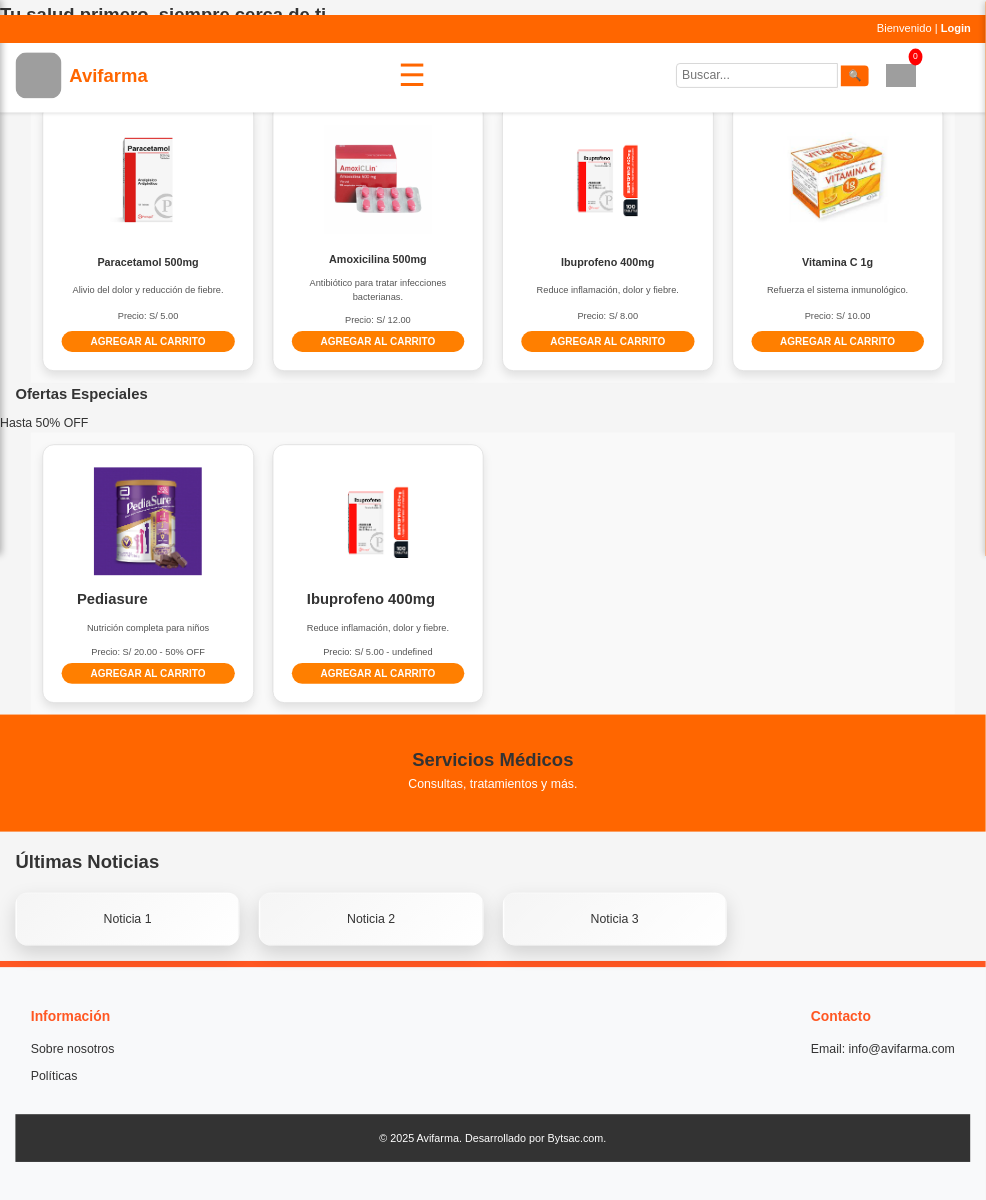
Repository: AVH75/avifarma-tienda
Page: index.html
These files come from the project's save history. The page is drawn as it stood at one moment and after the next save; the edit follows.
The browser window is 1280 px wide. The pictures show the whole page, at 77% of full size.
Pictures or frames that could not be fetched are drawn as grey boxes.

Above is the page before, as saved 2025-09-03 07:48:32.
Console error: SyntaxError: Identifier 'abrirCarrito' has already been declared

### index.html
<!DOCTYPE html>
<html lang="es">

<head>
    <meta charset="UTF-8">
    <meta name="viewport" content="width=device-width, initial-scale=1.0">
    <title>Avifarma</title>
    <!-- Estilos generales -->
    <link rel="stylesheet" href="css/style.css?version=1.5">
    <!-- Estilos del carrito lateral -->
    <link rel="stylesheet" href="css/carrito-lateral.css?version=1.5">
</head>

<body>
    <!-- ===== HEADER ===== -->
    <header>
        <div class="top-bar">
            <p>Bienvenido | <a href="#">Login</a></p>
        </div>
        <div class="main-header">
            <div class="logo">
                <img src="img/logo/Logo.png.jpeg" alt="Avifarma Logo">
                <h1>Avifarma</h1>
            </div>
            <button class="menu-toggle" id="menu-toggle">☰</button>
            <nav id="nav">
                <ul>
                    <li><a href="#">Inicio</a></li>
                    <li><a href="#">Catálogo</a></li>
                    <li><a href="#">Servicios</a></li>
                    <li><a href="#">Contacto</a></li>
                </ul>
            </nav>
            <div class="acciones-header">
                <div class="search">
                    <input type="text" placeholder="Buscar...">
                    <button>🔍</button>
                </div>
                <a href="#" id="abrir-carrito" class="carrito-icono">
                    <img src="img/logo/carrito.jpeg" alt="Carrito" class="icono-img">
                    <span id="contador-carrito">0</span> <!-- Contador de productos -->
                </a>
            </div>
        </div>
    </header>

    <!-- ===== HERO ===== -->
    <section class="hero">
        <h2>Tu salud primero, siempre cerca de ti</h2>
        <button>Ver productos</button>
    </section>

    <!-- ===== PRODUCTOS + OFERTAS ===== -->
    <main>
        <!-- Productos Destacados -->
        <section class="productos">
            <h2>Productos Destacados</h2>
            <div class="grid-productos" id="productos-grid">
                <!-- Los productos se cargarán aquí dinámicamente -->
            </div>
        </section>

        <!-- ===== FRANJA DE OFERTAS ===== -->
        <aside class="ofertas">
            <h3>Ofertas Especiales</h3>
            <p>Hasta 50% OFF</p>
            <div class="grid-ofertas" id="ofertas-grid">
                <!-- Las ofertas se cargarán aquí dinámicamente -->
            </div>
        </aside>
    </main>

    <!-- ===== SERVICIOS ===== -->
    <section class="servicios">
        <h2>Servicios Médicos</h2>
        <p>Consultas, tratamientos y más.</p>
    </section>

    <!-- ===== NOVEDADES ===== -->
    <section class="novedades">
        <h2>Últimas Noticias</h2>
        <div class="grid">
            <div class="card">Noticia 1</div>
            <div class="card">Noticia 2</div>
            <div class="card">Noticia 3</div>
        </div>
    </section>

    <!-- ===== FOOTER ===== -->
    <footer>
        <div class="footer-top">
            <div>
                <h3>Información</h3>
                <ul>
                    <li>Sobre nosotros</li>
                    <li>Políticas</li>
                </ul>
            </div>
            <div>
                <h3>Contacto</h3>
                <p>Email: info@avifarma.com</p>
            </div>
        </div>
        <div class="footer-bottom">
            <p>© 2025 Avifarma. Desarrollado por Bytsac.com.</p>
        </div>
    </footer>

    <!-- ===== MINI CARRITO LATERAL ===== -->
    <div id="carrito-sidebar" class="carrito-sidebar">
        <div class="carrito-header">
            <h3>Carrito</h3>
            <button id="cerrar-carrito">✖</button> <!-- Botón para cerrar el carrito -->
        </div>
        <div id="carrito-items" class="carrito-items">
            <p>Tu carrito está vacío</p>
        </div>
        <div class="carrito-footer">
            <div class="linea">
                <span>Subtotal:</span><span id="subtotal">S/ 0.00</span>
            </div>
            <div class="linea">
                <span>Descuento:</span><span id="descuento">S/ 0.00</span>
            </div>
            <div class="linea total">
                <span>Total:</span><span id="total">S/ 0.00</span>
            </div>
            <button class="btn-pagar">Ir a pagar</button>
            <a href="carrito.html" class="btn-ver-carrito">Ver carrito</a>
        </div>
    </div>

    <!-- ===== SCRIPTS ===== -->
    <script src="js/menu.js?v=1.5"></script>
    <script src="js/render-catalogo.js?v=1.5"></script> <!-- Cargar productos dinámicamente -->
    <script src="js/carrito.js?v=1.5"></script>
</body>

</html>

### js/render-catalogo.js
// Función para mostrar los productos
function mostrarProductos(productos) {
    const contenedorProductos = document.getElementById('productos-grid');
    contenedorProductos.innerHTML = '';  // Limpiar el contenedor antes de agregar nuevos productos

    productos.forEach(producto => {
        // Verificamos si la ruta de la imagen del producto es válida
        const imageUrl = producto.img || 'default-image.jpg';  // Imagen por defecto si no se proporciona

        // Creamos el div para cada producto
        const divProducto = document.createElement('div');
        divProducto.classList.add('card-producto');

        // Creamos la imagen
        const imgProducto = document.createElement('img');
        imgProducto.src = imageUrl;
        imgProducto.alt = producto.nombre;

        // Título del producto
        const h3Producto = document.createElement('h3');
        h3Producto.textContent = producto.nombre;

        // Descripción del producto
        const pDescripcion = document.createElement('p');
        pDescripcion.textContent = producto.descripcion;

        // Precio del producto
        const pPrecio = document.createElement('p');
        pPrecio.textContent = `Precio: S/ ${producto.precio.toFixed(2)}`;

        // Botón para agregar al carrito
        const buttonAgregar = document.createElement('button');
        buttonAgregar.textContent = 'Agregar al carrito';
        buttonAgregar.onclick = () => agregarAlCarrito(producto.id, producto.nombre, producto.precio, producto.img);

        // Agregamos los elementos dentro del div del producto
        divProducto.appendChild(imgProducto);
        divProducto.appendChild(h3Producto);
        divProducto.appendChild(pDescripcion);
        divProducto.appendChild(pPrecio);
        divProducto.appendChild(buttonAgregar);

        // Finalmente, agregamos el div al contenedor de productos
        contenedorProductos.appendChild(divProducto);
    });
}

// Función para mostrar las ofertas
function mostrarOfertas(ofertas) {
    const contenedorOfertas = document.getElementById('ofertas-grid');
    contenedorOfertas.innerHTML = '';  // Limpiar el contenedor antes de agregar nuevas ofertas

    ofertas.forEach(oferta => {
        // Verificamos si la ruta de la imagen de la oferta es válida
        const imageUrl = oferta.img || 'default-image.jpg';  // Imagen por defecto si no se proporciona

        // Creamos el div para cada oferta
        const divOferta = document.createElement('div');
        divOferta.classList.add('card-oferta');

        // Creamos la imagen
        const imgOferta = document.createElement('img');
        imgOferta.src = imageUrl;
        imgOferta.alt = oferta.nombre;

        // Título de la oferta
        const h3Oferta = document.createElement('h3');
        h3Oferta.textContent = oferta.nombre;

        // Descripción de la oferta
        const pDescripcionOferta = document.createElement('p');
        pDescripcionOferta.textContent = oferta.descripcion;

        // Precio con descuento
        const pPrecioOferta = document.createElement('p');
        pPrecioOferta.textContent = `Precio: S/ ${oferta.precio.toFixed(2)} - ${oferta.descuento}`;

        // Botón para agregar la oferta al carrito
        const buttonAgregarOferta = document.createElement('button');
        buttonAgregarOferta.textContent = 'Agregar al carrito';
        buttonAgregarOferta.onclick = () => agregarAlCarrito(oferta.id, oferta.nombre, oferta.precio, oferta.img);

        // Agregamos los elementos dentro del div de la oferta
        divOferta.appendChild(imgOferta);
        divOferta.appendChild(h3Oferta);
        divOferta.appendChild(pDescripcionOferta);
        divOferta.appendChild(pPrecioOferta);
        divOferta.appendChild(buttonAgregarOferta);

        // Finalmente, agregamos el div al contenedor de ofertas
        contenedorOfertas.appendChild(divOferta);
    });
}

// Cargar el archivo JSON y procesarlo
fetch('productos.json')
    .then(response => response.json())  // Convertir la respuesta en un objeto JSON
    .then(data => {
        // Mostrar los productos y ofertas
        mostrarProductos(data.productos);
        mostrarOfertas(data.ofertas);
    })
    .catch(error => {
        // Si hay un error al cargar el JSON, mostramos un mensaje
        console.error('Error al cargar los productos y ofertas:', error);
        const errorMessage = document.createElement('p');
        errorMessage.textContent = 'Hubo un problema al cargar los productos. Por favor, intenta más tarde.';
        document.body.appendChild(errorMessage);  // Mostrar un mensaje de error en la página
    });
// Función para mostrar los productos
function mostrarProductos(productos) {
    const contenedorProductos = document.getElementById('productos-grid');
    contenedorProductos.innerHTML = '';  // Limpiar el contenedor antes de agregar nuevos productos

    productos.forEach(producto => {
        // Verificamos si la ruta de la imagen del producto es válida
        const imageUrl = producto.img || 'default-image.jpg';  // Imagen por defecto si no se proporciona

        // Creamos el div para cada producto
        const divProducto = document.createElement('div');
        divProducto.classList.add('card-producto');

        // Creamos la imagen
        const imgProducto = document.createElement('img');
        imgProducto.src = imageUrl;
        imgProducto.alt = producto.nombre;

        // Título del producto
        const h3Producto = document.createElement('h3');
        h3Producto.textContent = producto.nombre;

        // Descripción del producto
        const pDescripcion = document.createElement('p');
        pDescripcion.textContent = producto.descripcion;

        // Precio del producto
        const pPrecio = document.createElement('p');
        pPrecio.textContent = `Precio: S/ ${producto.precio.toFixed(2)}`;

        // Botón para agregar al carrito
        const buttonAgregar = document.createElement('button');
        buttonAgregar.textContent = 'Agregar al carrito';
        buttonAgregar.onclick = () => agregarAlCarrito(producto.id, producto.nombre, producto.precio, producto.img);

        // Agregamos los elementos dentro del div del producto
        divProducto.appendChild(imgProducto);
        divProducto.appendChild(h3Producto);
        divProducto.appendChild(pDescripcion);
        divProducto.appendChild(pPrecio);
        divProducto.appendChild(buttonAgregar);

        // Finalmente, agregamos el div al contenedor de productos
        contenedorProductos.appendChild(divProducto);
    });
}

// Función para mostrar las ofertas
function mostrarOfertas(ofertas) {
    const contenedorOfertas = document.getElementById('ofertas-grid');
    contenedorOfertas.innerHTML = '';  // Limpiar el contenedor antes de agregar nuevas ofertas

    ofertas.forEach(oferta => {
        // Verificamos si la ruta de la imagen de la oferta es válida
        const imageUrl = oferta.img || 'default-image.jpg';  // Imagen por defecto si no se proporciona

        // Creamos el div para cada oferta
        const divOferta = document.createElement('div');
        divOferta.classList.add('card-oferta');

        // Creamos la imagen
        const imgOferta = document.createElement('img');
        imgOferta.src = imageUrl;
        imgOferta.alt = oferta.nombre;

        // Título de la oferta
        const h3Oferta = document.createElement('h3');
        h3Oferta.textContent = oferta.nombre;

        // Descripción de la oferta
        const pDescripcionOferta = document.createElement('p');
        pDescripcionOferta.textContent = oferta.descripcion;

        // Precio con descuento
        const pPrecioOferta = document.createElement('p');
        pPrecioOferta.textContent = `Precio: S/ ${oferta.precio.toFixed(2)} - ${oferta.descuento}`;

        // Botón para agregar la oferta al carrito
        const buttonAgregarOferta = document.createElement('button');
        buttonAgregarOferta.textContent = 'Agregar al carrito';
        buttonAgregarOferta.onclick = () => agregarAlCarrito(oferta.id, oferta.nombre, oferta.precio, oferta.img);

        // Agregamos los elementos dentro del div de la oferta
        divOferta.appendChild(imgOferta);
        divOferta.appendChild(h3Oferta);
        divOferta.appendChild(pDescripcionOferta);
        divOferta.appendChild(pPrecioOferta);
        divOferta.appendChild(buttonAgregarOferta);

        // Finalmente, agregamos el div al contenedor de ofertas
        contenedorOfertas.appendChild(divOferta);
    });
}

// Cargar el archivo JSON y procesarlo
fetch('productos.json')
    .then(response => response.json())  // Convertir la respuesta en un objeto JSON
    .then(data => {
        // Mostrar los productos y ofertas
        mostrarProductos(data.productos);
        mostrarOfertas(data.ofertas);
    })
    .catch(error => {
        // Si hay un error al cargar el JSON, mostramos un mensaje
        console.error('Error al cargar los productos y ofertas:', error);
        const errorMessage = document.createElement('p');
        errorMessage.textContent = 'Hubo un problema al cargar los productos. Por favor, intenta más tarde.';
        document.body.appendChild(errorMessage);  // Mostrar un mensaje de error en la página
    });

Loaded but not shown: productos.json (51 lines, source omitted); js/carrito.js (190 lines, source omitted); js/menu.js (72 lines, source omitted); css/style.css (1775 lines, source omitted); css/carrito-lateral.css (375 lines, source omitted)

After the next save:
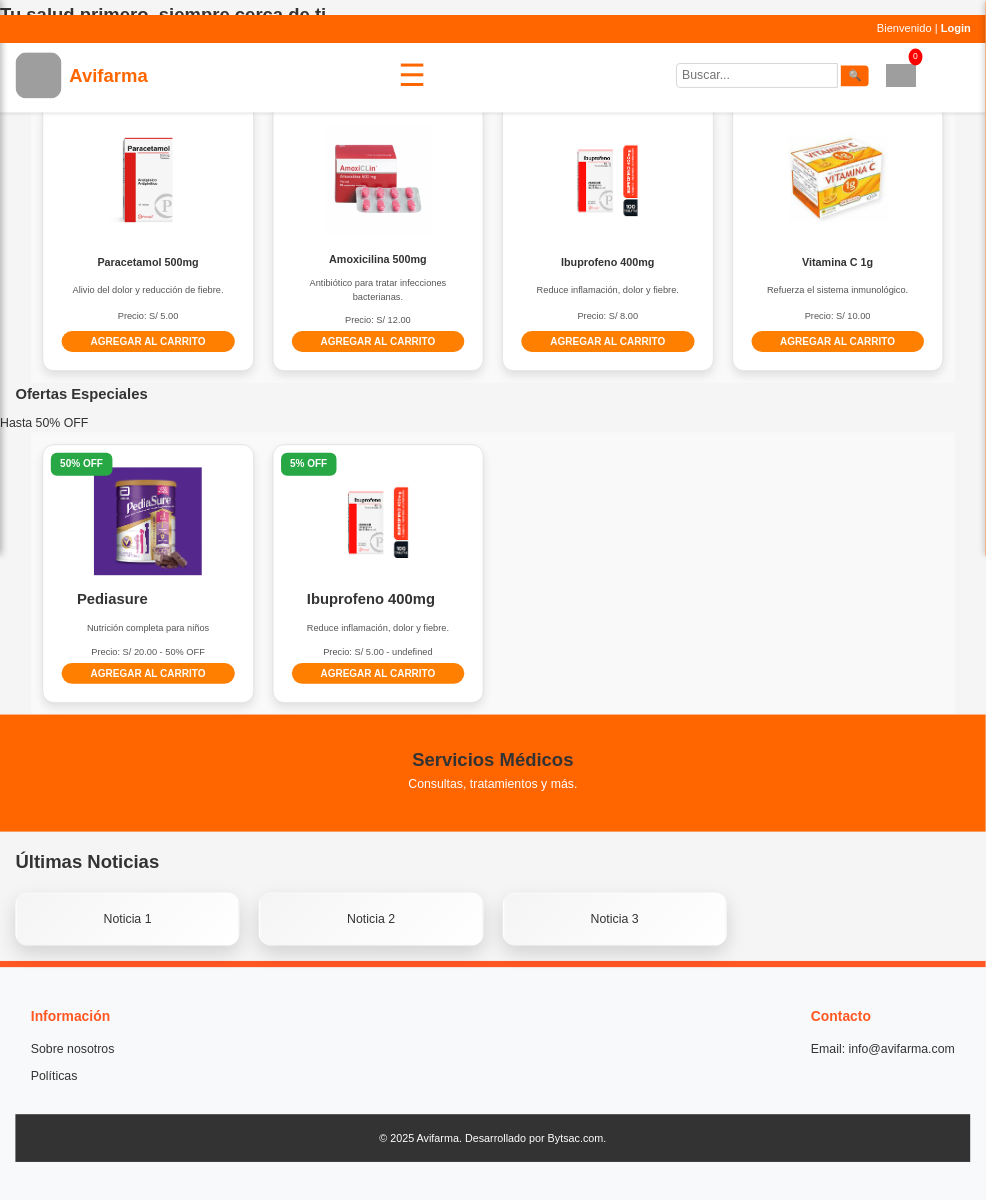
Saved 10 min 25 s later.
--- a/js/render-catalogo.js
+++ b/js/render-catalogo.js
@@ -58,7 +58,12 @@
         const divOferta = document.createElement('div');
         divOferta.classList.add('card-oferta');
 
-        // Creamos la imagen
+        // Crear la etiqueta de oferta que se verá en la parte derecha de la imagen
+        const etiquetaOferta = document.createElement('div');
+        etiquetaOferta.classList.add('oferta-tag');
+        etiquetaOferta.textContent = oferta.oferta || oferta.descuento;
+
+        // Creamos la imagen de la oferta
         const imgOferta = document.createElement('img');
         imgOferta.src = imageUrl;
         imgOferta.alt = oferta.nombre;
@@ -80,14 +85,15 @@
         buttonAgregarOferta.textContent = 'Agregar al carrito';
         buttonAgregarOferta.onclick = () => agregarAlCarrito(oferta.id, oferta.nombre, oferta.precio, oferta.img);
 
-        // Agregamos los elementos dentro del div de la oferta
-        divOferta.appendChild(imgOferta);
+        // Agregamos la etiqueta de oferta y otros elementos dentro del div de la oferta
+        divOferta.appendChild(imgOferta);  // Imagen primero
+        divOferta.appendChild(etiquetaOferta);  // Etiqueta después de la imagen
         divOferta.appendChild(h3Oferta);
         divOferta.appendChild(pDescripcionOferta);
         divOferta.appendChild(pPrecioOferta);
         divOferta.appendChild(buttonAgregarOferta);
 
-        // Finalmente, agregamos el div al contenedor de ofertas
+        // Finalmente, agregamos el div de la oferta al contenedor de ofertas
         contenedorOfertas.appendChild(divOferta);
     });
 }
@@ -107,112 +113,3 @@
         errorMessage.textContent = 'Hubo un problema al cargar los productos. Por favor, intenta más tarde.';
         document.body.appendChild(errorMessage);  // Mostrar un mensaje de error en la página
     });
-// Función para mostrar los productos
-function mostrarProductos(productos) {
-    const contenedorProductos = document.getElementById('productos-grid');
-    contenedorProductos.innerHTML = '';  // Limpiar el contenedor antes de agregar nuevos productos
-
-    productos.forEach(producto => {
-        // Verificamos si la ruta de la imagen del producto es válida
-        const imageUrl = producto.img || 'default-image.jpg';  // Imagen por defecto si no se proporciona
-
-        // Creamos el div para cada producto
-        const divProducto = document.createElement('div');
-        divProducto.classList.add('card-producto');
-
-        // Creamos la imagen
-        const imgProducto = document.createElement('img');
-        imgProducto.src = imageUrl;
-        imgProducto.alt = producto.nombre;
-
-        // Título del producto
-        const h3Producto = document.createElement('h3');
-        h3Producto.textContent = producto.nombre;
-
-        // Descripción del producto
-        const pDescripcion = document.createElement('p');
-        pDescripcion.textContent = producto.descripcion;
-
-        // Precio del producto
-        const pPrecio = document.createElement('p');
-        pPrecio.textContent = `Precio: S/ ${producto.precio.toFixed(2)}`;
-
-        // Botón para agregar al carrito
-        const buttonAgregar = document.createElement('button');
-        buttonAgregar.textContent = 'Agregar al carrito';
-        buttonAgregar.onclick = () => agregarAlCarrito(producto.id, producto.nombre, producto.precio, producto.img);
-
-        // Agregamos los elementos dentro del div del producto
-        divProducto.appendChild(imgProducto);
-        divProducto.appendChild(h3Producto);
-        divProducto.appendChild(pDescripcion);
-        divProducto.appendChild(pPrecio);
-        divProducto.appendChild(buttonAgregar);
-
-        // Finalmente, agregamos el div al contenedor de productos
-        contenedorProductos.appendChild(divProducto);
-    });
-}
-
-// Función para mostrar las ofertas
-function mostrarOfertas(ofertas) {
-    const contenedorOfertas = document.getElementById('ofertas-grid');
-    contenedorOfertas.innerHTML = '';  // Limpiar el contenedor antes de agregar nuevas ofertas
-
-    ofertas.forEach(oferta => {
-        // Verificamos si la ruta de la imagen de la oferta es válida
-        const imageUrl = oferta.img || 'default-image.jpg';  // Imagen por defecto si no se proporciona
-
-        // Creamos el div para cada oferta
-        const divOferta = document.createElement('div');
-        divOferta.classList.add('card-oferta');
-
-        // Creamos la imagen
-        const imgOferta = document.createElement('img');
-        imgOferta.src = imageUrl;
-        imgOferta.alt = oferta.nombre;
-
-        // Título de la oferta
-        const h3Oferta = document.createElement('h3');
-        h3Oferta.textContent = oferta.nombre;
-
-        // Descripción de la oferta
-        const pDescripcionOferta = document.createElement('p');
-        pDescripcionOferta.textContent = oferta.descripcion;
-
-        // Precio con descuento
-        const pPrecioOferta = document.createElement('p');
-        pPrecioOferta.textContent = `Precio: S/ ${oferta.precio.toFixed(2)} - ${oferta.descuento}`;
-
-        // Botón para agregar la oferta al carrito
-        const buttonAgregarOferta = document.createElement('button');
-        buttonAgregarOferta.textContent = 'Agregar al carrito';
-        buttonAgregarOferta.onclick = () => agregarAlCarrito(oferta.id, oferta.nombre, oferta.precio, oferta.img);
-
-        // Agregamos los elementos dentro del div de la oferta
-        divOferta.appendChild(imgOferta);
-        divOferta.appendChild(h3Oferta);
-        divOferta.appendChild(pDescripcionOferta);
-        divOferta.appendChild(pPrecioOferta);
-        divOferta.appendChild(buttonAgregarOferta);
-
-        // Finalmente, agregamos el div al contenedor de ofertas
-        contenedorOfertas.appendChild(divOferta);
-    });
-}
-
-// Cargar el archivo JSON y procesarlo
-fetch('productos.json')
-    .then(response => response.json())  // Convertir la respuesta en un objeto JSON
-    .then(data => {
-        // Mostrar los productos y ofertas
-        mostrarProductos(data.productos);
-        mostrarOfertas(data.ofertas);
-    })
-    .catch(error => {
-        // Si hay un error al cargar el JSON, mostramos un mensaje
-        console.error('Error al cargar los productos y ofertas:', error);
-        const errorMessage = document.createElement('p');
-        errorMessage.textContent = 'Hubo un problema al cargar los productos. Por favor, intenta más tarde.';
-        document.body.appendChild(errorMessage);  // Mostrar un mensaje de error en la página
-    });
